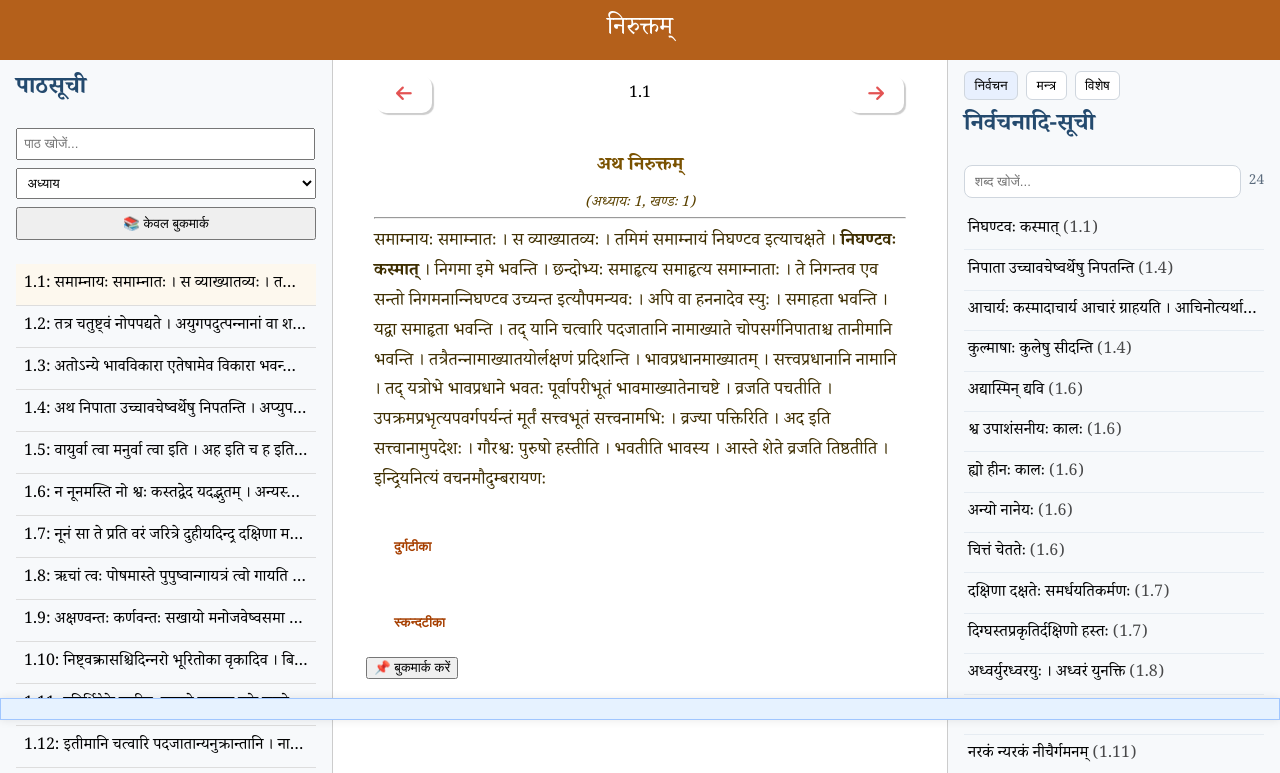
Repository: sanskritsphere/Niruktam
Page: index.html
The author's editor kept a copy of each file at every save. The page is drawn from the files as they stood at one save, then again after the next save.
The browser window is 1280 px wide. The pictures show the whole page.
Some web fonts or font styles are not loaded; a fallback is used.

Above is the page before, as saved 2025-11-11 10:11:04.

### index.html
<!DOCTYPE html>
<html lang="sa">
<head>
  <meta charset="UTF-8">
  <meta name="viewport" content="width=device-width, initial-scale=1.0">
  <title>निरुक्तम्(1.1)</title>
  <link rel="stylesheet" type="text/css" href="style.css">
  <link rel="stylesheet" href="https://cdnjs.cloudflare.com/ajax/libs/font-awesome/6.5.0/css/all.min.css">
  <link href="https://fonts.googleapis.com/css2?family=Noto+Serif+Devanagari&family=Mukta&family=Tiro+Devanagari+Sanskrit&display=swap" rel="stylesheet">
  </head>
<body>
  <div class="loader" id="loader"></div>
  <div id="header">
    <span>निरुक्तम्</span>
  </div>
  <button class="menu-toggle" onclick="toggleSidebar()">☰</button>

  <aside id="sidebar">
    <h2>पाठसूची</h2>
    <input id="searchInput" oninput="leftSearch()" type="text" placeholder="पाठ खोजें...">
    <select id="filterAdhyay"><option value="">अध्यायं चिनुयात्</option></select>
    <button id="filterBookmarked">📚 केवल बुकमार्क</button>
       <ul id="sutraList"></ul>
  </aside>


  <div id="tipsBox"></div>
  <main onclick="toggleSidebar(true)">
    <div id="sutraContent"></div>
  </main>

   <aside id="markSidebar">
  <h2>निर्वचनादि-सूची</h2>

  <div class="markSearch">
    <input id="markSearchInput" type="search" placeholder="शब्द खोजें..." />
    <span id="markSearchCount"></span>
  </div>

  <ul id="markList"></ul>
</aside>


 <script src="script.js" defer></script>
</body>
</html>

### script.js
// =============== STATE ===============
let data = [];
let currentIndex = 0;
let listElements = [];

const TAGS = [
  { key: 'b', label: 'निर्वचन' },  // b(.*?)b
  { key: 'm', label: 'मन्त्र' },   // m(.*?)m
  { key: 'v', label: 'विशेष' }     // v(.*?)v
];

const termsByTag = {};               // { b:[], m:[], v:[] }
TAGS.forEach(t => termsByTag[t.key] = []);

const bookmarked = new Set();
const doubts = JSON.parse(localStorage.getItem('doubts') || '[]');

const markState = { query: "", activeTag: 'b' };  // right sidebar
const leftSearchState = { q: "" };                // left sidebar search

// सिर्फ left-labels के लिए b...b unwrap (list label generate करते समय)
const MARK_RE_B = /b(.*?)b/g;


// =============== HELPERS ===============
function normalizeNFC(s){ return (s || "").normalize("NFC"); }

function escapeHTML(s=""){
  return s.replace(/[&<>"']/g, c => ({
    '&':'&amp;','<':'&lt;','>':'&gt;','"':'&quot;',"'":'&#39;'
  }[c]));
}

function highlightLabel(label="", q=""){
  label = normalizeNFC(label);
  q = normalizeNFC(q);
  const safe = escapeHTML(label);
  if(!q) return safe;
  const re = new RegExp(q.replace(/[.*+?^${}()|[\]\\]/g, '\\$&'), 'gi');
  return safe.replace(re, m => `<span class="mark">${m}</span>`);
}

function debounce(fn, wait = 200){
  let t;
  return (...args) => { clearTimeout(t); t = setTimeout(() => fn(...args), wait); };
}

function highlightDoubts(text, doubtTexts) {
  if (!text) return '';
  let out = text;
  doubtTexts.forEach(doubt => {
    const q = normalizeNFC(doubt);
    if (!q) return;
    const re = new RegExp(`(${q.replace(/[.*+?^${}()|[\]\\]/g, '\\$&')})`, 'g');
    out = out.replace(re, '<span class="doubt-highlight">$1</span>');
  });
  return out;
}

/* ========= main content temporary highlight after click ========= */
function flashSearchInMain(query, duration = 1600){
  query = (query || "").trim();
  if (!query) return;
  const container = document.getElementById('sutraContent');
  if (!container) return;

  const qN = normalizeNFC(query).toLowerCase();

  // remove previous flashes
  container.querySelectorAll('.main-flash').forEach(span => {
    const text = document.createTextNode(span.textContent);
    const p = span.parentNode;
    if (p) p.replaceChild(text, span);
  });

  // walk text nodes and wrap matches
  const walker = document.createTreeWalker(container, NodeFilter.SHOW_TEXT, null);
  let node, firstSpan = null;

  const wrapMatchesInNode = (textNode) => {
    const original = textNode.nodeValue;
    const origN = normalizeNFC(original);
    const hay = origN.toLowerCase();

    let start = 0, idx = hay.indexOf(qN, start);
    if (idx === -1) return;

    const parent = textNode.parentNode;
    const frag = document.createDocumentFragment();
    let pos = 0;

    while (idx !== -1) {
      const absStart = idx;
      const absEnd = idx + qN.length;

      const before = original.slice(pos, absStart);
      const match  = original.slice(absStart, absEnd);

      if (before) frag.appendChild(document.createTextNode(before));

      const span = document.createElement('span');
      span.className = 'main-flash';
      span.textContent = match;
      frag.appendChild(span);
      if (!firstSpan) firstSpan = span;

      pos = absEnd;
      start = absEnd;
      idx = hay.indexOf(qN, start);
    }
    const after = original.slice(pos);
    if (after) frag.appendChild(document.createTextNode(after));

    parent.replaceChild(frag, textNode);
  };

  while ((node = walker.nextNode())) {
    if (!node.parentElement) continue;
    const tag = node.parentElement.tagName;
    if (tag === 'SCRIPT' || tag === 'STYLE') continue;
    wrapMatchesInNode(node);
  }

  if (firstSpan) {
    firstSpan.scrollIntoView({ behavior: 'smooth', block: 'center' });
  }

  setTimeout(() => {
    container.querySelectorAll('.main-flash').forEach(span => {
      const text = document.createTextNode(span.textContent);
      const p = span.parentNode;
      if (p) p.replaceChild(text, span);
    });
  }, duration);
}
/* ========= /flash ========= */

/* ========= SINGLE-PASS tag collector: b/m/v/... =========
   किसी एक replace से सारे tags पकड़ो ताकि HTML inject होने के बाद regex न बिगड़े  */
function processAllTags(str, sutraIdx, field){
  let src = str || '';
  if (!src) return { html: '' };

  const keys = TAGS.map(t => t.key);                   // ['b','m','v',...]
  const re = new RegExp(`(${keys.join("|")})([\\s\\S]*?)\\1`, "g"); // (b|m|v) ... \1

  const counters = Object.fromEntries(keys.map(k => [k, 0]));

  const html = src.replace(re, (m, tagKey, inner) => {
    const i = counters[tagKey]++;
    const id = `mark-${tagKey}-${sutraIdx}-${field}-${i}`;
    const label = (inner || '').trim();

    // collect strictly into active tag bucket
    termsByTag[tagKey].push({ id, label, sutraIdx, field, tag: tagKey });

    // visible anchor (escape to avoid leaking tags)
    return `<span class="mark-anchor tag-${tagKey}" id="${id}"><b>${escapeHTML(label)}</b></span>`;
  });

  return { html };
}


// =============== RENDER: MAIN PANEL ===============
function renderSutra(index) {
  const sutra = data[index];
  if (!sutra) return;

  const doubtTexts = doubts.filter(d => d.index === sutra.index).map(d => d.text);
  const container = document.getElementById('sutraContent');
  if (!container) return;

  container.innerHTML = `
    <div class="sutra">
      <div class="sutra-btn">
        <button onclick="navigate(-1)"><i class="fas fa-arrow-left"></i></button>
        <p>${sutra.index}</p>
        <button onclick="navigate(1)"><i class="fas fa-arrow-right"></i></button>
      </div>

      <div class="section"><strong>अथ निरुक्तम्</strong>
        <div class="meta">(अध्यायः ${sutra.adhyay}, खण्डः ${sutra.khand})</div><hr>
        ${highlightDoubts(sutra.text, doubtTexts)}
      </div>

      <div class="section">
        <button class="toggle-btn" onclick="toggleExclusive('durg')">दुर्गटीका</button>
        <div id="durg" class="toggle-content"><hr>${highlightDoubts(sutra.durg, doubtTexts)}</div>
      </div>
      <div class="section">
        <button class="toggle-btn" onclick="toggleExclusive('skand')">स्कन्दटीका</button>
        <div id="skand" class="toggle-content"><hr>${highlightDoubts(sutra.skand, doubtTexts)}</div>
      </div>
      <button class="add-remove-bookmark" onclick="toggleBookmark(${index})">
        ${bookmarked.has(index) ? '🔖 बुकमार्क हटाएं' : '📌 बुकमार्क करें'}
      </button>
      <br><br><br><br>
    </div>
  `;

  listElements.forEach((el, i) => {
    el.classList.toggle('active', i === index);
    if (i === index) document.title = `นिरुक्त_(${sutra.index})`;
  });
}


// =============== LEFT LIST (always from plain) ===============
function populateSidebar() {
  const ul = document.getElementById('sutraList');
  if (!ul) return;

  ul.innerHTML = '';
  listElements = [];

  data.forEach((sutra, index) => {
    const base = `${sutra.index}: ${sutra.text_plain || ""}`.trim();
    const title = base;
    const label = base;

    const li = document.createElement('li');
    li.textContent = label;          // plain
    li.title = title;
    li.dataset.baseLabel = label;    // restore के लिए

    li.onclick = (e) => {
      e.stopPropagation();
      currentIndex = index;
      renderSutra(index);
      if (leftSearchState.q && leftSearchState.q.trim()) {
        setTimeout(() => flashSearchInMain(leftSearchState.q), 60);
      }
      toggleSidebar(true);
    };

    listElements.push(li);
    ul.appendChild(li);
  });
}

// master renderer: left search + adhyay + bookmark
function applyFilters() {
  const ul = document.getElementById('sutraList');
  if (!ul) return;

  const adhyayEl = document.getElementById('filterAdhyay');
  const bookmarkedBtn = document.getElementById('filterBookmarked');

  const adhyay = adhyayEl ? adhyayEl.value : "";
  const showBookmarked = bookmarkedBtn ? bookmarkedBtn.classList.contains('active') : false;

  const q = normalizeNFC((leftSearchState.q || "").toLowerCase());

  ul.innerHTML = '';

  listElements.forEach((li, i) => {
    const s = data[i];
    const passAdhyay   = (!adhyay || s.adhyay == adhyay);
    const passBookmark = (!showBookmarked || bookmarked.has(i));
    const passSearch   = (!q || (s._search || "").includes(q));

    if (passAdhyay && passBookmark && passSearch) {
      ul.appendChild(li);
    }
  });
}


// =============== RIGHT SIDEBAR (tabs + list) ===============
function buildMarkTabs(){
  const sidebar = document.getElementById('markSidebar');
  if (!sidebar) return;

  let tabs = document.getElementById('markTabs');
  if (!tabs){
    tabs = document.createElement('div');
    tabs.id = 'markTabs';
    tabs.style.display = 'flex';
    tabs.style.gap = '.5rem';
    tabs.style.marginBottom = '.5rem';
    tabs.style.flexWrap = 'wrap';
    const h2 = sidebar.querySelector('h2');
    if (h2 && h2.parentNode) h2.parentNode.insertBefore(tabs, h2);
    else sidebar.insertBefore(tabs, sidebar.firstChild);
  }

  tabs.innerHTML = '';
  TAGS.forEach(tag => {
    const btn = document.createElement('button');
    btn.className = 'mark-tab-btn';
    btn.textContent = tag.label;
    btn.dataset.tag = tag.key;
    btn.style.padding = '.35rem .6rem';
    btn.style.border = '1px solid #cfd6de';
    btn.style.borderRadius = '6px';
    btn.style.background = (markState.activeTag === tag.key) ? '#e8f0fe' : '#fff';
    btn.style.cursor = 'pointer';
    btn.setAttribute('aria-selected', markState.activeTag === tag.key ? 'true' : 'false');
    btn.onclick = () => {
      markState.activeTag = tag.key;
      buildMarkTabs();     // active style refresh
      renderMarkSidebar(); // list refresh
    };
    tabs.appendChild(btn);
  });
}

function renderMarkSidebar() {
  const ul = document.getElementById('markList');
  const countEl = document.getElementById('markSearchCount');
  if (!ul) return;

  const active = markState.activeTag || 'b';
  const source = termsByTag[active] || [];

  const q = normalizeNFC((markState.query || "").toLowerCase().trim());
  const filtered = q
    ? source.filter(t => normalizeNFC(t.label).toLowerCase().includes(q))
    : source;

  ul.innerHTML = '';

  filtered.forEach((t) => {
    const li = document.createElement('li');
    const idx = data[t.sutraIdx]?.index || '';
    li.innerHTML = `${highlightLabel(t.label, q)} <span style="opacity:.7">(${idx})</span>`;
    li.title = `${t.label} — सूक्त ${idx}`;
    li.onclick = (e) => {
      e.stopPropagation();
      currentIndex = t.sutraIdx;
      renderSutra(currentIndex);
      if (markState.query && markState.query.trim()) {
        setTimeout(() => flashSearchInMain(markState.query), 60);
      }
      setTimeout(() => {
        const el = document.getElementById(t.id);
        if (el) {
          el.classList.add('flash');
          el.scrollIntoView({ behavior: 'smooth', block: 'center' });
          setTimeout(() => el.classList.remove('flash'), 1500);
        }
      }, 50);
    };
    ul.appendChild(li);
  });

  if (countEl) countEl.textContent = String(filtered.length || 0);
}


// =============== FILTERS / NAV / TOGGLES ===============
function updateFilters() {
  const adhyaySet = new Set();
  data.forEach(s => adhyaySet.add(s.adhyay));
  const sel = document.getElementById('filterAdhyay');
  if (!sel) return;
  sel.innerHTML = '<option value="">अध्याय</option>' + [...adhyaySet].map(a => `<option>${a}</option>`).join('');
}

function navigate(offset) {
  const newIndex = currentIndex + offset;
  if (newIndex >= 0 && newIndex < data.length) {
    currentIndex = newIndex;
    renderSutra(currentIndex);
  }
}

function toggleBookmark(index) {
  bookmarked.has(index) ? bookmarked.delete(index) : bookmarked.add(index);
  renderSutra(index);
  applyFilters();
}

function toggleSidebar(forceClose = null) {
  const aside = document.getElementById('sidebar');
  if (!aside) return;
  if (forceClose === true) aside.classList.remove('open');
  else if (forceClose === false) aside.classList.add('open');
  else aside.classList.toggle('open');
}

function toggleExclusive(idToShow) {
  ['durg', 'skand'].forEach(id => {
    const el = document.getElementById(id);
    if (!el) return;
    el.style.display = id === idToShow && el.style.display !== 'block' ? 'block' : 'none';
  });
}


// =============== UI WIRING (bind after DOMContentLoaded) ===============
function wireUI(){

  // LEFT sidebar search input (always from plain dataset)
  const input = document.getElementById("searchInput");
  if (input){
    input.addEventListener('input', function() {
      leftSearchState.q = input.value || "";

      const filter = input.value.normalize("NFC").toUpperCase();
      const ul = document.getElementById("sutraList");
      const li = ul.getElementsByTagName("li");

      for (let i = 0; i < li.length; i++) {
        const base = (li[i].dataset.baseLabel || li[i].textContent || "").normalize("NFC");
        const idx = base.toUpperCase().indexOf(filter);

        if (idx > -1) {
          li[i].style.display = "";
          const before = base.slice(0, idx);
          const middle = base.slice(idx, idx + filter.length);
          const after  = base.slice(idx + filter.length);
          li[i].innerHTML = `${before}<span class="chihnit">${middle}</span>${after}`;
        } else {
          li[i].style.display = "none";
          li[i].textContent = base; // restore plain
        }
      }
    });
  }

  // Filters wiring
  const adhyaySelect = document.getElementById('filterAdhyay');
  if (adhyaySelect) adhyaySelect.onchange = applyFilters;

  const bookmarkedBtnEl = document.getElementById('filterBookmarked');
  if (bookmarkedBtnEl){
    bookmarkedBtnEl.onclick = function () {
      this.classList.toggle('active');
      applyFilters();
    };
  }

  // RIGHT sidebar search input
  const markSearchInput = document.getElementById('markSearchInput');
  if (markSearchInput){
    markState.query = ""; // init
    markSearchInput.addEventListener('input', debounce(e => {
      markState.query = e.target.value || "";
      renderMarkSidebar();
    }, 150));
  }

  // Build right tabs initially
  buildMarkTabs();
}


// =============== FETCH + PROCESS ===============
document.addEventListener('DOMContentLoaded', () => {
  wireUI();  // DOM ready

  fetch("data.json")
    .then(res => res.json())
    .then(json => {
      // reset buckets each load
      TAGS.forEach(t => { termsByTag[t.key] = []; });

      data = json.niruktam.map((item, i) => {
        // Plain versions for LEFT labels/search (strip all tags + unwrap b/m/v)
        const rawText  = item.text  || "";
        const rawDurg  = item.durg  || "";
        const rawSkand = item.skand || "";

        const stripAll = s => (s || "")
          .replace(/<[^>]*>/g, "")
          .replace(/b(.*?)b/g, (_, p1)=> (p1||"").trim())
          .replace(/m(.*?)m/g, (_, p1)=> (p1||"").trim())
          .replace(/v(.*?)v/g, (_, p1)=> (p1||"").trim());

        const text_plain  = stripAll(rawText);
        const durg_plain  = stripAll(rawDurg);
        const skand_plain = stripAll(rawSkand);

        // Left search key from plain text
        const searchKey = normalizeNFC((item.index + ': ' + text_plain)).toLowerCase();

        // Main HTML with anchors for ALL configured tags (single-pass)
        const pText  = processAllTags(item.text,  i, 'text');
        const pDurg  = processAllTags(item.durg,  i, 'durg');
        const pSkand = processAllTags(item.skand, i, 'skand');

        return {
          ...item,
          text:  pText.html,
          durg:  pDurg.html,
          skand: pSkand.html,
          text_plain,
          durg_plain,
          skand_plain,
          _search: searchKey
        };
      });

      // Left list + filters
      populateSidebar();
      updateFilters();
      applyFilters();

      // Main + Right side
      renderSutra(currentIndex);
      renderMarkSidebar();

      const loader = document.getElementById('loader');
      if (loader) loader.style.display = 'none';
    })
    .catch(err => {
      const cont = document.getElementById('sutraContent');
      if (cont) cont.innerText = 'Error loading data: ' + err.message;
      const loader = document.getElementById('loader');
      if (loader) loader.style.display = 'none';
    });
});

Loaded but not shown: data.json (4814 lines, source omitted); style.css (303 lines, source omitted)

After the next save:
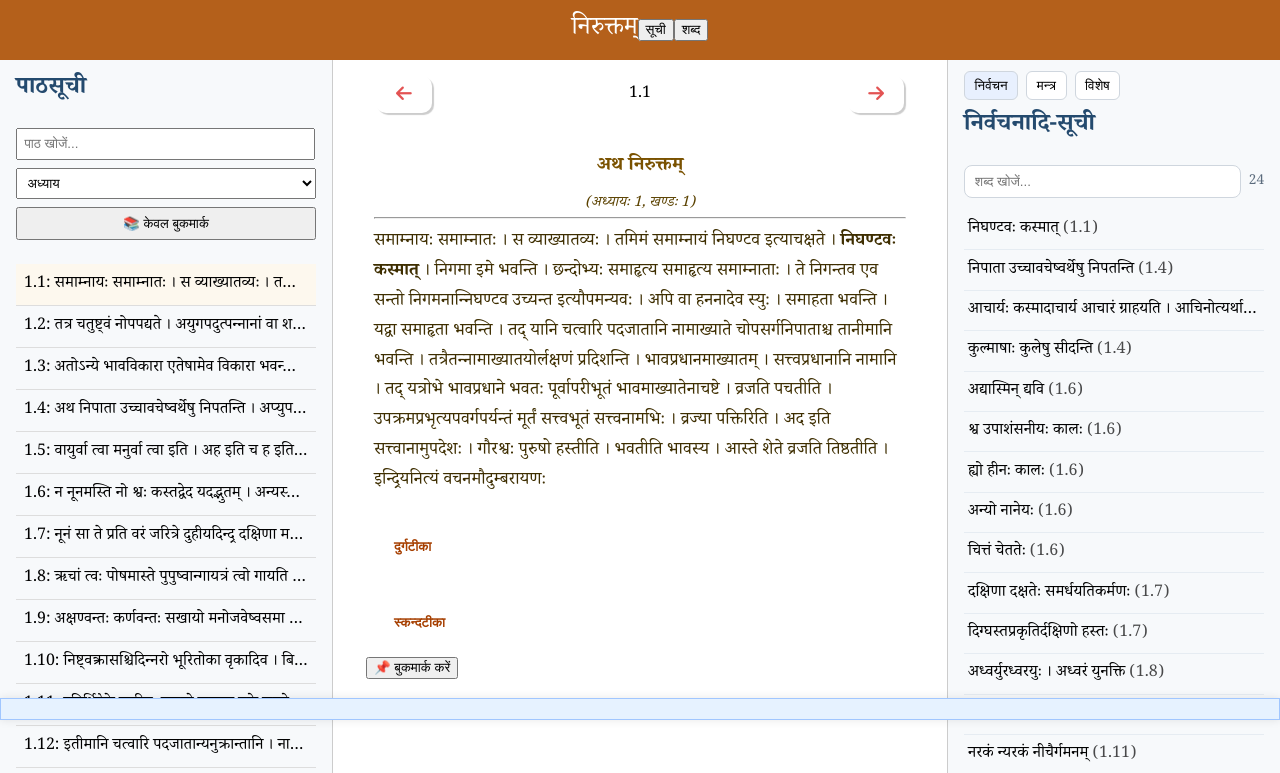
Saved 72 min 30 s later.
--- a/script.js
+++ b/script.js
@@ -159,6 +159,23 @@ function processAllTags(str, sutraIdx, field){
   });
 
   return { html };
+}
+
+/* ========= MOBILE SIDEBAR TOGGLES ========= */
+function toggleLeftSidebar(force){
+  const el = document.getElementById('sidebar');
+  if (!el) return;
+  if (force === true) el.classList.add('open');
+  else if (force === false) el.classList.remove('open');
+  else el.classList.toggle('open');
+}
+
+function toggleRightSidebar(force){
+  const el = document.getElementById('markSidebar');
+  if (!el) return;
+  if (force === true) el.classList.add('open');
+  else if (force === false) el.classList.remove('open');
+  else el.classList.toggle('open');
 }
 
 
@@ -201,7 +218,7 @@ function renderSutra(index) {
 
   listElements.forEach((el, i) => {
     el.classList.toggle('active', i === index);
-    if (i === index) document.title = `นिरुक्त_(${sutra.index})`;
+    if (i === index) document.title = `निरुक्त_(${sutra.index})`;
   });
 }
 
@@ -231,7 +248,9 @@ function populateSidebar() {
       if (leftSearchState.q && leftSearchState.q.trim()) {
         setTimeout(() => flashSearchInMain(leftSearchState.q), 60);
       }
-      toggleSidebar(true);
+      // mobile: close both
+      toggleLeftSidebar(false);
+      toggleRightSidebar(false);
     };
 
     listElements.push(li);
@@ -301,9 +320,15 @@ function buildMarkTabs(){
       markState.activeTag = tag.key;
       buildMarkTabs();     // active style refresh
       renderMarkSidebar(); // list refresh
+      // mobile: open right, close left
+      toggleRightSidebar(true);
+      toggleLeftSidebar(false);
     };
     tabs.appendChild(btn);
   });
+
+  // create mobile toggle buttons (once)
+  ensureMobileToggles();
 }
 
 function renderMarkSidebar() {
@@ -341,6 +366,10 @@ function renderMarkSidebar() {
           setTimeout(() => el.classList.remove('flash'), 1500);
         }
       }, 50);
+
+      // mobile: close both
+      toggleRightSidebar(false);
+      toggleLeftSidebar(false);
     };
     ul.appendChild(li);
   });
@@ -372,20 +401,48 @@ function toggleBookmark(index) {
   applyFilters();
 }
 
-function toggleSidebar(forceClose = null) {
-  const aside = document.getElementById('sidebar');
-  if (!aside) return;
-  if (forceClose === true) aside.classList.remove('open');
-  else if (forceClose === false) aside.classList.add('open');
-  else aside.classList.toggle('open');
-}
-
 function toggleExclusive(idToShow) {
   ['durg', 'skand'].forEach(id => {
     const el = document.getElementById(id);
     if (!el) return;
     el.style.display = id === idToShow && el.style.display !== 'block' ? 'block' : 'none';
   });
+}
+
+
+// =============== MOBILE TOGGLE BUTTONS (create once) ===============
+function ensureMobileToggles(){
+  if (document.getElementById('toggleLeft') && document.getElementById('toggleRight')) return;
+
+  const header = document.getElementById('header') || document.body;
+
+  // Left button: सूची
+  if (!document.getElementById('toggleLeft')){
+    const btnL = document.createElement('button');
+    btnL.id = 'toggleLeft';
+    btnL.className = 'mobile-toggle';
+    btnL.type = 'button';
+    btnL.textContent = 'सूची';
+    btnL.addEventListener('click', () => {
+      toggleLeftSidebar();
+      toggleRightSidebar(false);
+    });
+    header.appendChild(btnL);
+  }
+
+  // Right button: शब्द
+  if (!document.getElementById('toggleRight')){
+    const btnR = document.createElement('button');
+    btnR.id = 'toggleRight';
+    btnR.className = 'mobile-toggle';
+    btnR.type = 'button';
+    btnR.textContent = 'शब्द';
+    btnR.addEventListener('click', () => {
+      toggleRightSidebar();
+      toggleLeftSidebar(false);
+    });
+    header.appendChild(btnR);
+  }
 }
 
 
@@ -442,7 +499,18 @@ function wireUI(){
     }, 150));
   }
 
-  // Build right tabs initially
+  // Tap on main closes sidebars (mobile)
+  const mainEl = document.querySelector('main') || document.getElementById('sutraContent');
+  if (mainEl){
+    mainEl.addEventListener('click', () => {
+      if (window.matchMedia('(max-width: 768px)').matches){
+        toggleLeftSidebar(false);
+        toggleRightSidebar(false);
+      }
+    });
+  }
+
+  // Build right tabs initially (also ensures mobile toggle buttons)
   buildMarkTabs();
 }
 
